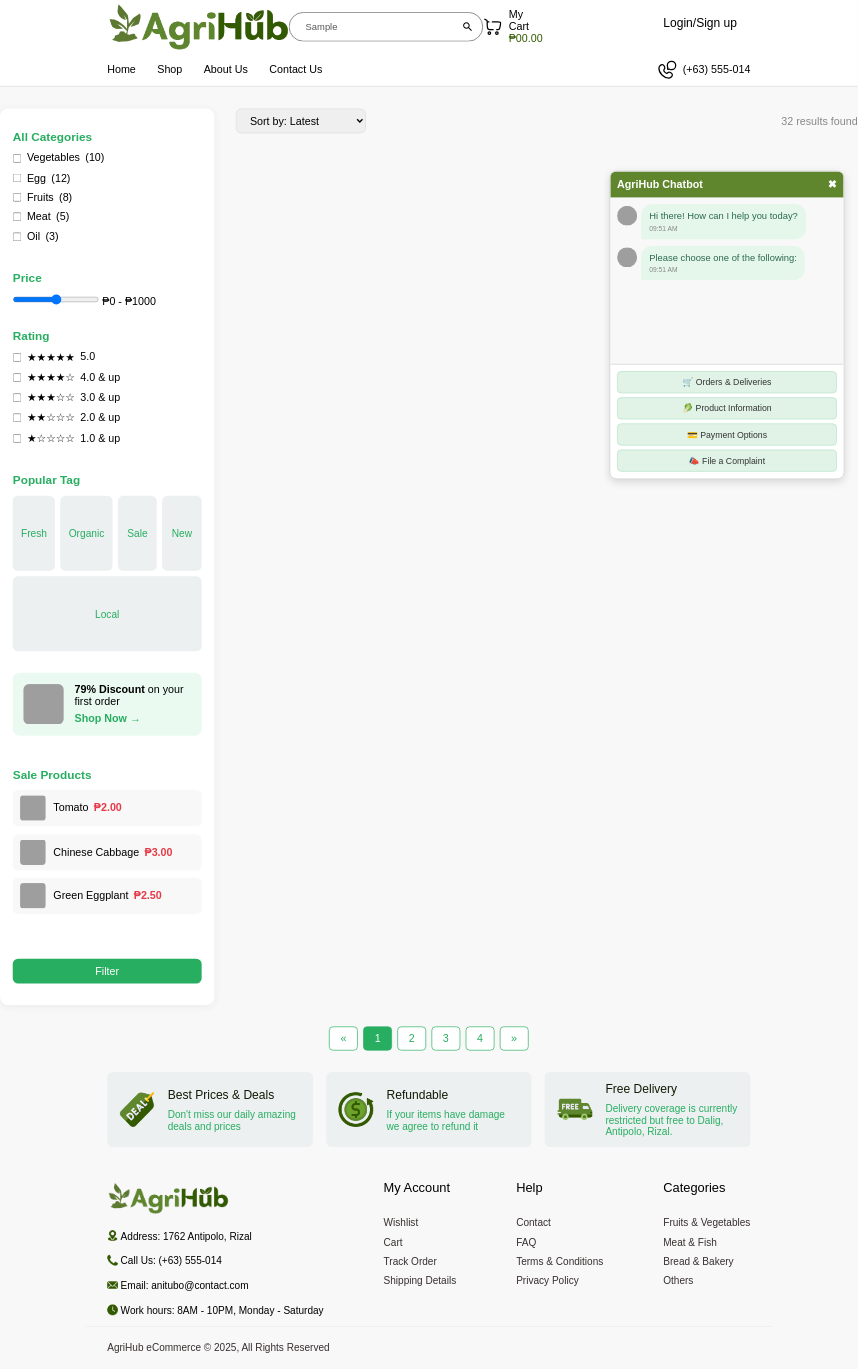
Repository: IamJanC/se2-final-project
Page: http://localhost/shop/
The author's editor kept a copy of each file at every save. The page is drawn from the files as they stood at one save, then again after the next save.
The browser window is 1280 px wide. The pictures show the whole page, at 67% of full size.
Empty fields were first filled with sample values (such as "Sample", 5 or name@example.com).
After loading, the first visible `#chat-icon` was clicked once.
Pictures or frames that could not be fetched are drawn as grey boxes. Some web fonts or font styles are not loaded; a fallback is used. The page is served by the project's application, run on Django 5.2 (manage.py). Other server files are loaded and not shown. Queries for data that is not in the repository find no rows.

Above is the page before, as saved 2025-08-10 10:27:57.
Console error: SyntaxError: Identifier 'chatLog' has already been declared

### adminpanel/templatetags/custom_filters.py
from django import template

register = template.Library()

@register.filter
def mul(value, arg):
    """Multiply two numbers safely (used for subtotal = price * quantity)."""
    try:
        return float(value) * float(arg)
    except (ValueError, TypeError):
        return 0

### main/urls.py
from django.urls import path                    # type: ignore
from . import views

app_name = 'main'  # ✅ Helps with reverse lookup la

urlpatterns = [
    path('', views.home, name='home'), # <- to home
    path('shop/', views.shop, name='shop'),
    path('shop/<int:product_id>/', views.product_detail, name='product_detail'),
    path('admin-dashboard/', views.admin_dashboard, name='admin_dashboard'),
    path('product/', views.product, name='product'), # <- ?? check later
    path('add-to-cart/', views.add_to_cart, name='add_to_cart'), # >- ?? check later we don't have add to cart yet

]

### orders/urls.py
from django.urls import path
from . import views

app_name = 'orders'

urlpatterns = [
    path('', views.my_orders, name='my_orders'),  # User-facing orders page
    path('create/', views.create_order, name='create_order'),  # Page to create a new order
]

### products/urls.py
from django.urls import path
from . import views

app_name = 'products'

urlpatterns = [
    path('product/<int:product_id>/', views.product_detail, name='product_detail'),
    path('search/', views.search_products, name='search_products'), # for search feature
]

### chatbot/urls.py
from django.urls import path
from . import views

urlpatterns = [
    path('submit-complaint/', views.submit_complaint, name='submit_complaint'),
]

### chatbot/static/js/chatbot.js
const chatLog = document.getElementById('chat-log');
const questionOptions = document.getElementById('question-options');
const botAvatar = 'https://cdn-icons-png.flaticon.com/512/4712/4712035.png';

const questions = {
  start: {
    prompt: "Please choose one of the following:",
    options: [
      { text: "🛒 Orders & Deliveries", next: "orderDelivery" },
      { text: "🥬 Product Information", next: "productInfo" },
      { text: "💳 Payment Options", next: "paymentInfo" },
      { text: "📣 File a Complaint", next: "complaintStart" }
    ]
  },
  orderDelivery: {
    prompt: "Questions about your order or delivery:",
    options: [
      { text: "Where is my order?", next: "trackOrder" },
      { text: "What areas do you deliver to?", next: "deliveryArea" },
      { text: "Back 🔙", next: "start" }
    ]
  },
  productInfo: {
    prompt: "Product-related questions:",
    options: [
      { text: "Are your products organic?", next: "organicAnswer" },
      { text: "Where do your products come from?", next: "productSource" },
      { text: "Back 🔙", next: "start" }
    ]
  },
  paymentInfo: {
    prompt: "Payment-related options:",
    options: [
      { text: "Do you offer Cash on Delivery?", next: "cod" },
      { text: "Do you support online payment?", next: "noOnline" },
      { text: "Back 🔙", next: "start" }
    ]
  }
};

const responses = {
  trackOrder: "📦 You can check your order status on the order monitoring page.",
  deliveryArea: "🚚 We currently deliver within Antipolo City, Rizal.",
  organicAnswer: "🌱 Yes! All our products are organic.",
  productSource: "👨‍🌾 Our products are proudly sourced from local farmers.",
  cod: "💵 Yes, we offer Cash on Delivery (COD).",
  noOnline: "⚠️ We currently do not offer online payment options."
};

const fallbackOptions = [
  { text: "🔙 Back to Main Menu", next: "start" }
];

function showComplaintInput() {
  questionOptions.innerHTML = '';

  const instruction = document.createElement('div');
  instruction.className = 'bot-text-input';
  instruction.innerText = "Please type your complaint below:";

  const input = document.createElement('textarea');
  input.className = 'complaint-input';
  input.rows = 3;
  input.placeholder = "Type your complaint...";

  const buttonContainer = document.createElement('div');
  buttonContainer.style.display = 'flex';
  buttonContainer.style.gap = '10px';
  buttonContainer.style.marginTop = '10px';

  const submitBtn = document.createElement('button');
  submitBtn.className = 'option-button';
  submitBtn.innerText = "Submit Complaint";

  const backBtn = document.createElement('button');
  backBtn.className = 'option-button';
  backBtn.innerText = "Back";

  submitBtn.onclick = async () => {
    const complaint = input.value.trim();
    if (complaint === '') return;

    submitBtn.disabled = true;
    backBtn.disabled = true;
    submitBtn.innerText = "Submitting...";

    const time = new Date().toLocaleTimeString([], { hour: '2-digit', minute: '2-digit' });

    addMessage("user", complaint, time);
    saveChatToSession("user", complaint, time);

    try {
      const res = await fetch('/chatbot/submit-complaint/', {
        method: 'POST',
        headers: { 'Content-Type': 'application/json' },
        body: JSON.stringify({ complaint })
      });

      addMessage("bot", "Thank you! Your complaint has been submitted to our support team.", time);
      saveChatToSession("bot", "Thank you! Your complaint has been submitted to our support team.", time);
    } catch (error) {
      console.error("Error submitting complaint:", error);
      addMessage("bot", "Sorry, something went wrong. Please try again later.", time);
    }

    showDynamicOptions(fallbackOptions);
  };

  backBtn.onclick = () => {
    showDynamicOptions(fallbackOptions);
  };

  buttonContainer.appendChild(submitBtn);
  buttonContainer.appendChild(backBtn);

  questionOptions.appendChild(instruction);
  questionOptions.appendChild(input);
  questionOptions.appendChild(buttonContainer);
}

function addMessage(sender, text, time = null) {
  const wrapper = document.createElement('div');
  wrapper.className = `${sender} message-row`;

  const bubble = document.createElement('div');
  bubble.className = `message-content ${sender}`;
  bubble.innerText = text;

  const timestamp = document.createElement('div');
  timestamp.className = 'timestamp';
  timestamp.innerText = time || new Date().toLocaleTimeString([], { hour: '2-digit', minute: '2-digit' });
  bubble.appendChild(timestamp);

  if (sender === 'bot') {
    const avatar = document.createElement('img');
    avatar.src = botAvatar;
    avatar.className = 'avatar';
    wrapper.appendChild(avatar);
    wrapper.appendChild(bubble);
  } else {
    wrapper.appendChild(bubble);
  }

  chatLog.appendChild(wrapper);
  chatLog.scrollTop = chatLog.scrollHeight;
}

function showTypingIndicator() {
  const typing = document.createElement('div');
  typing.className = 'typing-indicator';
  typing.id = 'typing';
  typing.innerText = 'FreshMart is typing...';
  chatLog.appendChild(typing);
  chatLog.scrollTop = chatLog.scrollHeight;
}

function removeTypingIndicator() {
  const typing = document.getElementById('typing');
  if (typing) typing.remove();
}

function showOptions(key) {
  questionOptions.innerHTML = '';
  const group = questions[key];
  if (!group) return;

  // Add prompt message only when navigating normally (not restore)
  const time = new Date().toLocaleTimeString([], { hour: '2-digit', minute: '2-digit' });
  addMessage("bot", group.prompt, time);
  saveChatToSession("bot", group.prompt, time);

  group.options.forEach(option => {
    const btn = document.createElement('button');
    btn.className = 'option-button';
    btn.innerText = option.text;
    btn.onclick = () => handleUserChoice(option);
    questionOptions.appendChild(btn);
  });

  sessionStorage.setItem('chatFlowKey', key);
}

function showButtonsOnly(key) {
  questionOptions.innerHTML = '';
  const group = questions[key];
  if (!group) return;

  group.options.forEach(option => {
    const btn = document.createElement('button');
    btn.className = 'option-button';
    btn.innerText = option.text;
    btn.onclick = () => handleUserChoice(option);
    questionOptions.appendChild(btn);
  });
}

function showDynamicOptions(options) {
  questionOptions.innerHTML = '';
  options.forEach(option => {
    const btn = document.createElement('button');
    btn.className = 'option-button';
    btn.innerText = option.text;
    btn.onclick = () => handleUserChoice(option);
    questionOptions.appendChild(btn);
  });
}

function handleUserChoice(option) {
  const time = new Date().toLocaleTimeString([], { hour: '2-digit', minute: '2-digit' });

  addMessage("user", option.text, time);
  saveChatToSession("user", option.text, time);

  questionOptions.innerHTML = '';
  showTypingIndicator();

  setTimeout(() => {
    removeTypingIndicator();

    if (option.next === 'complaintStart') {
      showComplaintInput();
      return;
    }

    if (responses[option.next]) {
      addMessage("bot", responses[option.next], time);
      saveChatToSession("bot", responses[option.next], time);
      showDynamicOptions(fallbackOptions);
    } else if (questions[option.next]) {
      showOptions(option.next);
    } else {
      showOptions("start");
    }
  }, 800);
}

function saveChatToSession(sender, text, time) {
  const existing = JSON.parse(sessionStorage.getItem('chatHistory') || '[]');
  existing.push({ sender, text, time });
  sessionStorage.setItem('chatHistory', JSON.stringify(existing));
}

function restoreChat() {
  const history = JSON.parse(sessionStorage.getItem('chatHistory') || '[]');
  history.forEach(msg => {
    addMessage(msg.sender, msg.text, msg.time);
  });

  const flowKey = sessionStorage.getItem('chatFlowKey') || 'start';
  showButtonsOnly(flowKey);
}

function startChat() {
  const greeting = "Hi there! How can I help you today?";
  const time = new Date().toLocaleTimeString([], { hour: '2-digit', minute: '2-digit' });
  addMessage("bot", greeting, time);
  saveChatToSession("bot", greeting, time);
  showOptions("start");
}

window.onload = () => {
  const history = JSON.parse(sessionStorage.getItem('chatHistory') || '[]');
  if (history.length > 0) {
    restoreChat();
  } else {
    startChat();
  }
};

document.addEventListener("DOMContentLoaded", function () {
  const chatIcon = document.getElementById("chat-icon");
  const chatContainer = document.getElementById("chatbot-container");
  const closeBtn = document.getElementById("close-chat");

  chatIcon.addEventListener("click", function () {
    chatContainer.style.display = "flex";  // Use flex to keep layout intact
    chatIcon.style.display = "none";
  });

  closeBtn.addEventListener("click", function () {
    chatContainer.style.display = "none";
    chatIcon.style.display = "flex";  // Use flex here so icon shows nicely
  });
});

Loaded but not shown: orders/templatetags/custom_filters.py (common file); templates/shared/base.html (802 lines, source omitted); static/css/navbar.css (672 lines, source omitted); static/css/gallery.css (378 lines, source omitted); static/css/footer.css (231 lines, source omitted); templates/main/gallery.html (137 lines, source omitted); static/css/chatbot.css (210 lines, source omitted); main/views.py (102 lines, source omitted); templates/shared/chatbot_widget.html (72 lines, source omitted); core/urls.py (34 lines, source omitted)

After the next save:
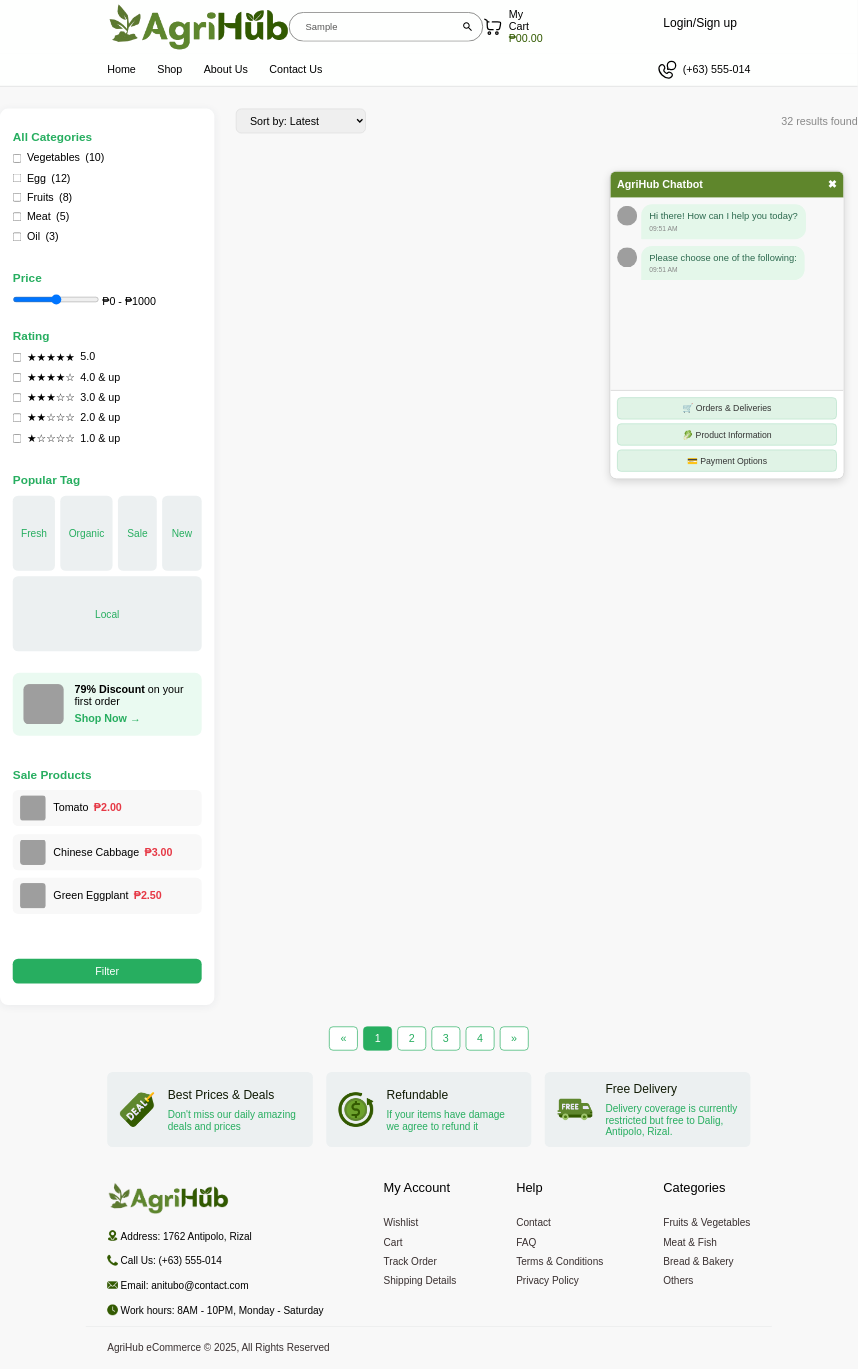
Saved 2 min 45 s later.
--- a/chatbot/static/js/chatbot.js
+++ b/chatbot/static/js/chatbot.js
@@ -1,6 +1,11 @@
 const chatLog = document.getElementById('chat-log');
 const questionOptions = document.getElementById('question-options');
 const botAvatar = 'https://cdn-icons-png.flaticon.com/512/4712/4712035.png';
+
+// This should be defined in your template like:
+// <script>const isUserLoggedIn = {{ user.is_authenticated|yesno:"true,false" }};</script>
+// For testing, you can set manually:
+// const isUserLoggedIn = false; // or true
 
 const questions = {
   start: {
@@ -51,6 +56,32 @@
   { text: "🔙 Back to Main Menu", next: "start" }
 ];
 
+function createOptionButton(option) {
+  const btn = document.createElement('button');
+  btn.className = 'option-button';
+  btn.innerText = option.text;
+
+  // Disable complaint option if not logged in
+  if (option.next === 'complaintStart' && !isUserLoggedIn) {
+    btn.disabled = true;
+    btn.title = "You must be logged in to file a complaint.";
+    btn.style.cursor = 'not-allowed';
+  }
+
+  btn.onclick = () => {
+    // If complaintStart clicked but user not logged in, show message instead of complaint form
+    if (option.next === 'complaintStart' && !isUserLoggedIn) {
+      const time = new Date().toLocaleTimeString([], { hour: '2-digit', minute: '2-digit' });
+      addMessage("bot", "⚠️ Please log in to file a complaint.", time);
+      saveChatToSession("bot", "Please log in to file a complaint.", time);
+      return;
+    }
+    handleUserChoice(option);
+  };
+
+  return btn;
+}
+
 function showComplaintInput() {
   questionOptions.innerHTML = '';
 
@@ -164,16 +195,12 @@
   const group = questions[key];
   if (!group) return;
 
-  // Add prompt message only when navigating normally (not restore)
   const time = new Date().toLocaleTimeString([], { hour: '2-digit', minute: '2-digit' });
   addMessage("bot", group.prompt, time);
   saveChatToSession("bot", group.prompt, time);
 
   group.options.forEach(option => {
-    const btn = document.createElement('button');
-    btn.className = 'option-button';
-    btn.innerText = option.text;
-    btn.onclick = () => handleUserChoice(option);
+    const btn = createOptionButton(option);
     questionOptions.appendChild(btn);
   });
 
@@ -186,10 +213,7 @@
   if (!group) return;
 
   group.options.forEach(option => {
-    const btn = document.createElement('button');
-    btn.className = 'option-button';
-    btn.innerText = option.text;
-    btn.onclick = () => handleUserChoice(option);
+    const btn = createOptionButton(option);
     questionOptions.appendChild(btn);
   });
 }
@@ -197,10 +221,7 @@
 function showDynamicOptions(options) {
   questionOptions.innerHTML = '';
   options.forEach(option => {
-    const btn = document.createElement('button');
-    btn.className = 'option-button';
-    btn.innerText = option.text;
-    btn.onclick = () => handleUserChoice(option);
+    const btn = createOptionButton(option);
     questionOptions.appendChild(btn);
   });
 }
@@ -273,12 +294,12 @@
   const closeBtn = document.getElementById("close-chat");
 
   chatIcon.addEventListener("click", function () {
-    chatContainer.style.display = "flex";  // Use flex to keep layout intact
+    chatContainer.style.display = "flex";
     chatIcon.style.display = "none";
   });
 
   closeBtn.addEventListener("click", function () {
     chatContainer.style.display = "none";
-    chatIcon.style.display = "flex";  // Use flex here so icon shows nicely
+    chatIcon.style.display = "flex";
   });
 });

After the save that followed:
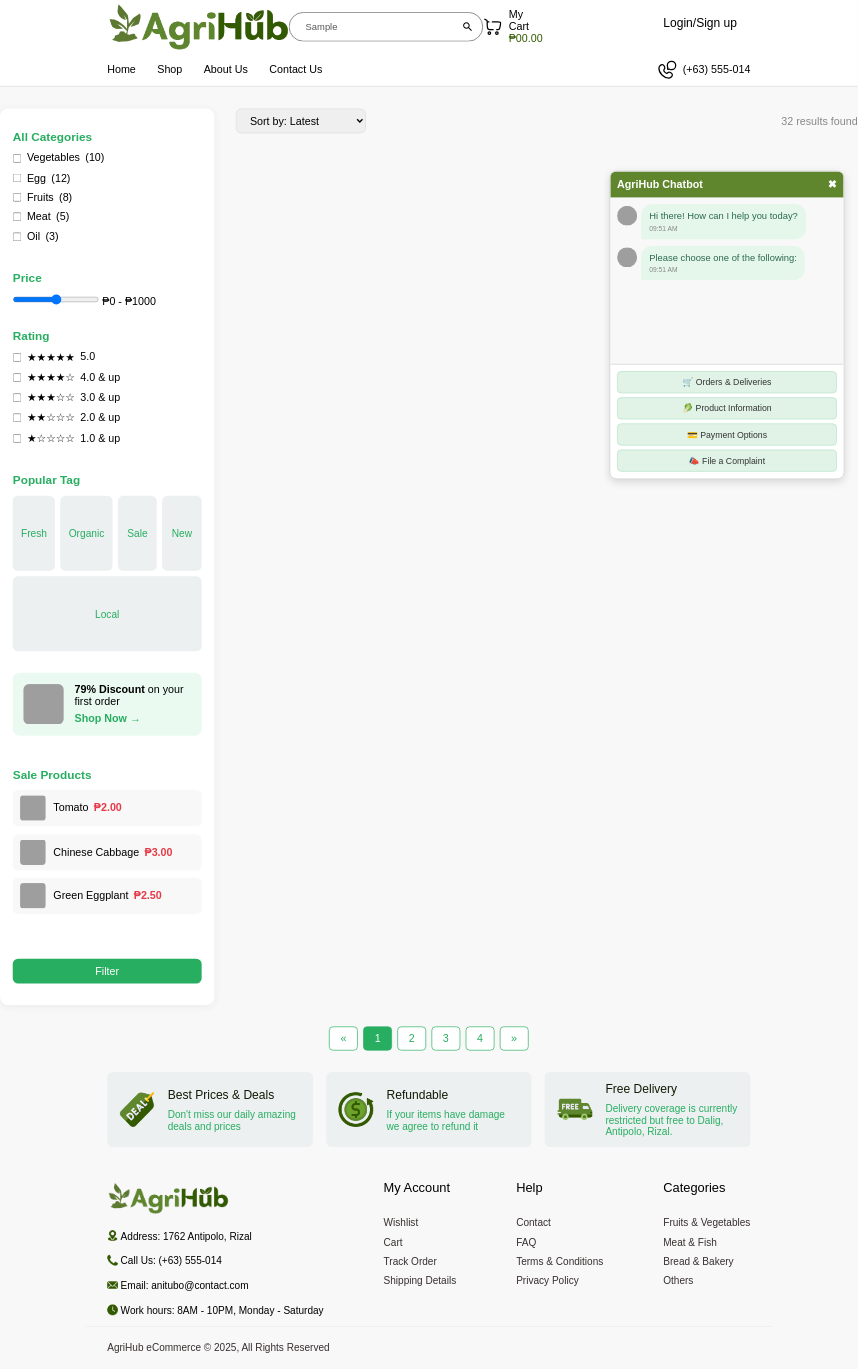
Saved 75 s later.
--- a/chatbot/static/js/chatbot.js
+++ b/chatbot/static/js/chatbot.js
@@ -1,11 +1,6 @@
 const chatLog = document.getElementById('chat-log');
 const questionOptions = document.getElementById('question-options');
 const botAvatar = 'https://cdn-icons-png.flaticon.com/512/4712/4712035.png';
-
-// This should be defined in your template like:
-// <script>const isUserLoggedIn = {{ user.is_authenticated|yesno:"true,false" }};</script>
-// For testing, you can set manually:
-// const isUserLoggedIn = false; // or true
 
 const questions = {
   start: {
@@ -55,32 +50,6 @@
 const fallbackOptions = [
   { text: "🔙 Back to Main Menu", next: "start" }
 ];
-
-function createOptionButton(option) {
-  const btn = document.createElement('button');
-  btn.className = 'option-button';
-  btn.innerText = option.text;
-
-  // Disable complaint option if not logged in
-  if (option.next === 'complaintStart' && !isUserLoggedIn) {
-    btn.disabled = true;
-    btn.title = "You must be logged in to file a complaint.";
-    btn.style.cursor = 'not-allowed';
-  }
-
-  btn.onclick = () => {
-    // If complaintStart clicked but user not logged in, show message instead of complaint form
-    if (option.next === 'complaintStart' && !isUserLoggedIn) {
-      const time = new Date().toLocaleTimeString([], { hour: '2-digit', minute: '2-digit' });
-      addMessage("bot", "⚠️ Please log in to file a complaint.", time);
-      saveChatToSession("bot", "Please log in to file a complaint.", time);
-      return;
-    }
-    handleUserChoice(option);
-  };
-
-  return btn;
-}
 
 function showComplaintInput() {
   questionOptions.innerHTML = '';
@@ -195,12 +164,16 @@
   const group = questions[key];
   if (!group) return;
 
+  // Add prompt message only when navigating normally (not restore)
   const time = new Date().toLocaleTimeString([], { hour: '2-digit', minute: '2-digit' });
   addMessage("bot", group.prompt, time);
   saveChatToSession("bot", group.prompt, time);
 
   group.options.forEach(option => {
-    const btn = createOptionButton(option);
+    const btn = document.createElement('button');
+    btn.className = 'option-button';
+    btn.innerText = option.text;
+    btn.onclick = () => handleUserChoice(option);
     questionOptions.appendChild(btn);
   });
 
@@ -213,7 +186,10 @@
   if (!group) return;
 
   group.options.forEach(option => {
-    const btn = createOptionButton(option);
+    const btn = document.createElement('button');
+    btn.className = 'option-button';
+    btn.innerText = option.text;
+    btn.onclick = () => handleUserChoice(option);
     questionOptions.appendChild(btn);
   });
 }
@@ -221,7 +197,10 @@
 function showDynamicOptions(options) {
   questionOptions.innerHTML = '';
   options.forEach(option => {
-    const btn = createOptionButton(option);
+    const btn = document.createElement('button');
+    btn.className = 'option-button';
+    btn.innerText = option.text;
+    btn.onclick = () => handleUserChoice(option);
     questionOptions.appendChild(btn);
   });
 }
@@ -294,12 +273,12 @@
   const closeBtn = document.getElementById("close-chat");
 
   chatIcon.addEventListener("click", function () {
-    chatContainer.style.display = "flex";
+    chatContainer.style.display = "flex";  // Use flex to keep layout intact
     chatIcon.style.display = "none";
   });
 
   closeBtn.addEventListener("click", function () {
     chatContainer.style.display = "none";
-    chatIcon.style.display = "flex";
+    chatIcon.style.display = "flex";  // Use flex here so icon shows nicely
   });
 });
